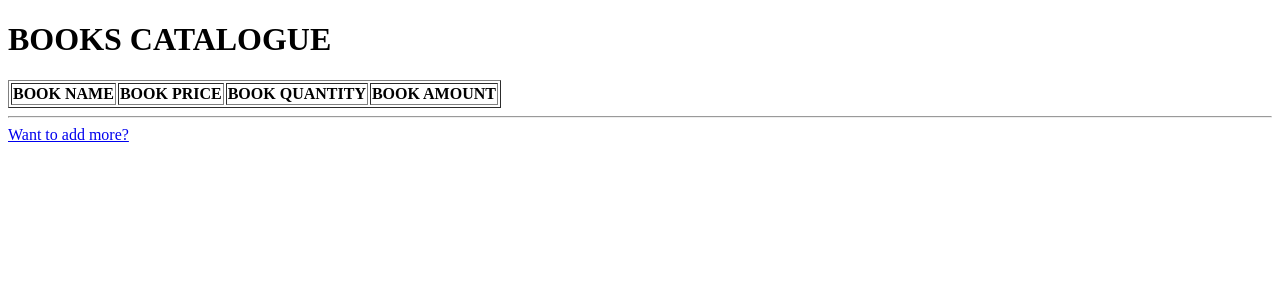
Repository: nikhilbad7/jsp-practicals
Page: http://localhost/classwork/exp12showbooks.jsp
These files come from the project's save history. The page is drawn as it stood at one moment and after the next save; the edit follows.
The browser window is 1280 px wide. The pictures show the whole page.
The page is served by Tomcat 9. Queries for data that is not in the repository find no rows.

Above is the page before, as saved 2018-04-11 09:06:31.

After the next save:
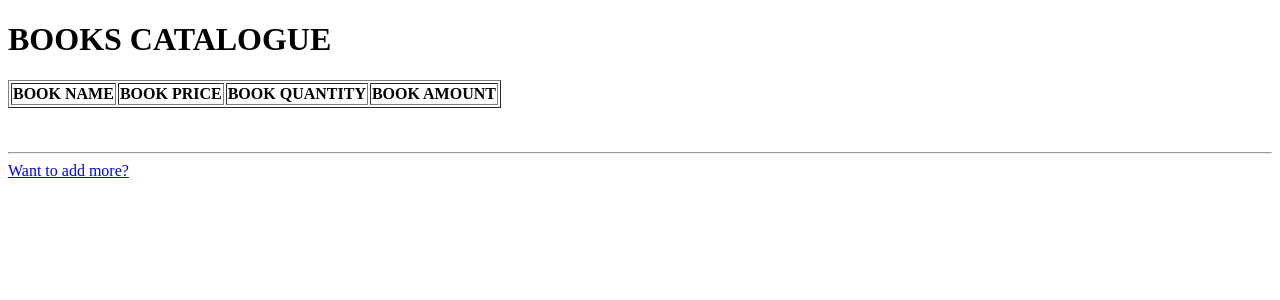
Saved 20 s later.
--- a/classwork/WebContent/exp12showbooks.jsp
+++ b/classwork/WebContent/exp12showbooks.jsp
@@ -44,7 +44,7 @@ while(rs.next()){
 
 }
 %>
-</table><hr/>
+</table><br><br><hr/>
 <a href="exp12addbooks.html">Want to add more?</a>
 <%
 con.close();
